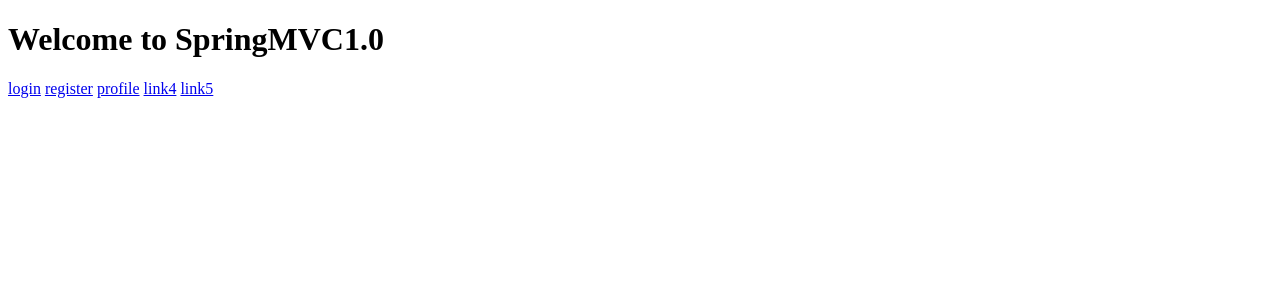
Repository: cjwarrior7/Ust_training2-of-eclipse
Page: http://localhost/SpringMVCDemo1.1/
An editor plug-in stored every save of this project. The page is shown before and after the next save, followed by the edit.
The browser window is 1280 px wide. The pictures show the whole page.
The page is served by Tomcat 9.

Above is the page before, as saved 2020-01-21 09:55:24.

After the next save:
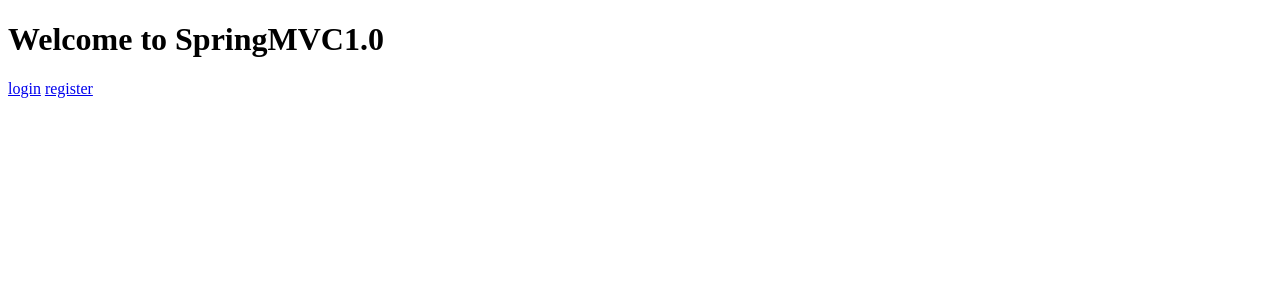
Saved 3 min 34 s later.
--- a/eclipse-workspace/SpringMVCDemo1.1/WebContent/index.jsp
+++ b/eclipse-workspace/SpringMVCDemo1.1/WebContent/index.jsp
@@ -8,11 +8,9 @@
 </head>
 <body>
 <h1>Welcome to SpringMVC1.0</h1>
-<a href=link8>login</a>
-<a href=link7>register</a>
-<a href=profile>profile</a>
-<a href=link4>link4</a>
-<a href=link5>link5</a>
+<a href=link1>login</a>
+<a href=link2>register</a>
+
 <!-- ctrl+shift+t -to copy class name of dispatcher servlet-->
 </body>
 </html>
